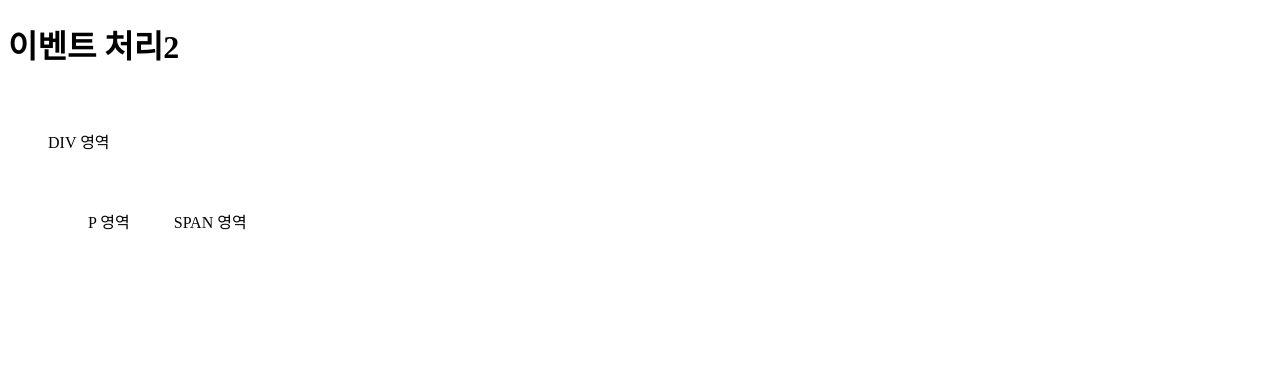
Repository: mira-yoon/vue_1
Page: /
An editor plug-in stored every save of this project. The page is shown before and after the next save, followed by the edit.
The browser window is 1280 px wide. The pictures show the whole page.
The project was rebuilt for these pictures with package versions that can differ from the ones it lists, and the page was loaded fresh each time. Also part of the build but not shown: vite.config.js.

Above is the page before, as saved 2023-04-10 14:58:32.

### src/App.vue
<template>
	<div>
		<h1>이벤트 처리2</h1>

		<div id="modifier">
			<div>
				DIV 영역
				<p>
					P 영역
					<span> SPAN 영역 </span>
				</p>
			</div>
		</div>
	</div>
</template>

<script>
export default {
	setup() {
		return {};
	},
};
</script>

<style scoped>
#modifier div,
#modifier p,
#modifier span {
	padding: 40px;
}
</style>

Loaded but not shown: index.html (common file); src/main.js (common file)

After the next save:
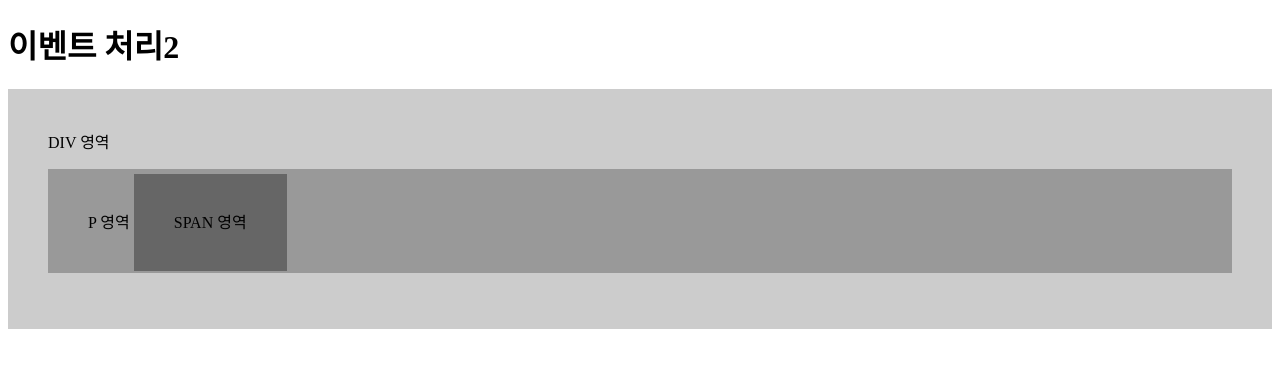
Saved 49 s later.
--- a/src/App.vue
+++ b/src/App.vue
@@ -28,4 +28,13 @@ export default {
 #modifier span {
 	padding: 40px;
 }
+#modifier div {
+	background-color: #ccc;
+}
+#modifier p {
+	background-color: #999;
+}
+#modifier span {
+	background-color: #666;
+}
 </style>
